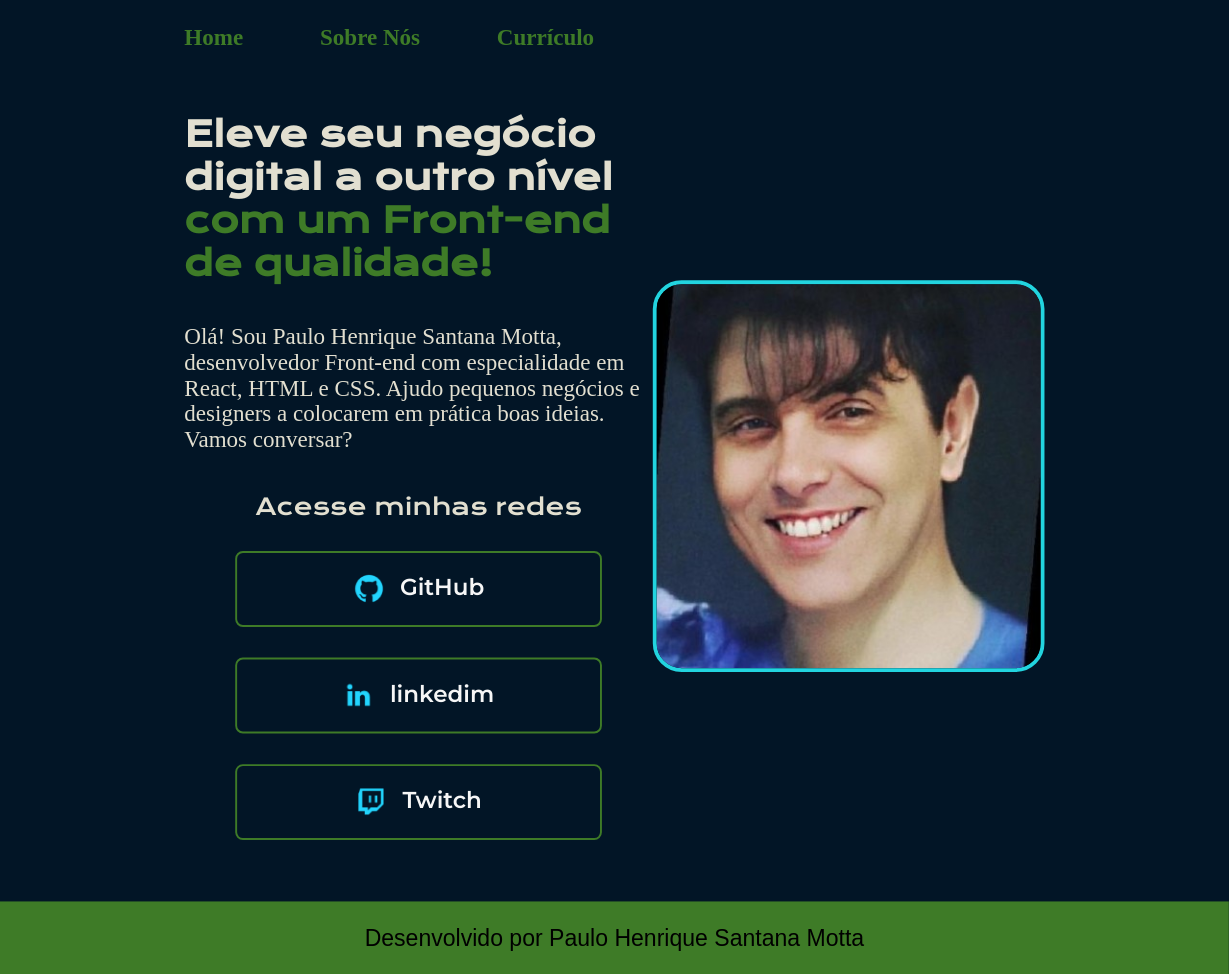
Repository: phsmottanerd/projeto-portfolio-alura
Page: index.html
These files come from the project's save history. The page is drawn as it stood at one moment and after the next save; the edit follows.
The browser window is 1280 px wide. The pictures show the whole page, at 96% of full size.

Above is the page before, as saved 2025-01-28 02:21:01.

### index.html
<!DOCTYPE html>
<html lang="pt-br">
  <head>
    <meta charset="UTF-8" />
    <meta http-equiv="X-UA-Compatible" content="IE=edge" />
    <meta name="viewport" content="width=device-width, initial-scale=1.0" />
    <title>Portifolio</title>
    <link rel="stylesheet" href="./estilos/style.css" />
  </head>

  <body>
    <header class="cabecalho">
      <nav class="cabecalho__menu">
        <a class="cabecalho__menu__link" href="index.html">Home</a>
        <a class="cabecalho__menu__link" href="about.html">Sobre Nós</a>
        <a class="cabecalho__menu__link">Currículo</a>
      </nav>
    </header>
    <main class="apresentacao">
      <section class="apresentacao__conteudo">
        <h1 class="apresentacao__conteudo__titulo">
          Eleve seu negócio digital a outro  nível
          <strong class="titulo-destaque"
            >com um Front-end de qualidade!
          </strong>
        </h1>
        <p class="apresentacao__conteudo__texto">
          Olá! Sou Paulo Henrique Santana Motta, desenvolvedor Front-end com especialidade em
          React, HTML e CSS. Ajudo pequenos negócios e designers a colocarem em
          prática boas ideias. Vamos conversar?
        </p>
        <div class="apresentacao__links">
          <h2 class="apresentacao__links__subtitulo">Acesse minhas redes</h2>
          <a
            class="apresentacao__links__link"
            href="https://github.com/phsmottanerd"
          >
            <img src="./img/github.png" />
            GitHub
          </a>
          <a
            class="apresentacao__links__link"
            href="https://linkedim.com/phsmottanerd"
          >
            <img src="./img/linkedin.png" />
            linkedim
          </a>
          <a class="apresentacao__links__link" href="https://.com/phsmottanerd">
            <img src="./img/twitch.png" />
            Twitch
          </a>
        </div>
      </section>
      <img class="img-foto" src="./img/1722867171561.jpg" alt="Paulo Henrique Santana Motta  programandor" />
    </main>
    <footer class="rodape">
      <p>Desenvolvido por Paulo Henrique Santana Motta</p>
    </footer>
  </body>
</html>

### estilos/style.css
@import url("https://fonts.googleapis.com/css2?family=Krona+One&family=Montserrat:wght@400;600&display=swap");

:root {
  --cor-primaria: #021526;
  --cor-secundaria: #E2DFD0;
  --cor-terciaria:#3E7B27;
  --cor-hover: #E3651D;

  --font-primaria: "Krona One", sans-serif;
   --font-secundaria:"Montserrat", sans-serif;


}

* {
  margin: 0;
  padding: 0;
}

body {
  box-sizing: border-box;
  background-color: var(--cor-primaria);
  color: var(--cor-secundaria);
}
.cabecalho {
  padding: 2% 0% 0% 15%;
}
.cabecalho__menu {
  display: flex;
  gap: 80px;
}

.cabecalho__menu__link {
  font-family: var(----font-secundaria);
  font-size: 24px;
  font-weight: 600;
  color: var(--cor-terciaria);
  text-decoration: none;
}

.titulo-destaque {
  color: var(--cor-terciaria);
}

.apresentacao {
  padding: 5% 15%;
  display: flex;
  align-items: center;
  justify-content: space-between;
}
.apresentacao__conteudo {
  width: 615px;
  display: flex;
  flex-direction: column;
  gap: 40px;
}

.apresentacao__conteudo__titulo {
  font-size: 36px;
  font-family: var(--font-primaria);
}

.apresentacao__conteudo__texto {
  font-size: 24px;
  font-family: var(----font-secundaria);
}

.apresentacao__links {
  display: flex;
  flex-direction: column;
  justify-content: space-between;
  align-items: center;
  gap: 32px;
}
.apresentacao__links__subtitulo {
  font-family: "Krona One", sans-serif;
  font-weight: 400;
  font-size: 24px;
}
.apresentacao__links__link {
  /* background-color: #22D4FD; */
  justify-content: center;
  gap: 16px;
  display: flex;
  border: 2px solid var(--cor-terciaria);
  width: 378px;
  text-align: center;
  border-radius: 8px;
  font-size: 24px;
  font-weight: 600;
  padding: 21.5px 0;
  text-decoration: none;
  color: #f6f6f6;
  font-family: "Montserrat", sans-serif;
}
.apresentacao__links__link:hover {
  background-color: var(--cor-hover);
}
.rodape {
  padding: 24px;
  color: #000;
  background-color: var(--cor-terciaria);
  text-align: center;
  font-family: "Montsearrat", sans-serif;
  font-size: 24px;
  font-weight: 400;
}
.img-foto {
  border-radius: 30px;
  border: 4px solid #22d4Df;
  width: 500px;
  heighit: 500px;
}

After the next save:
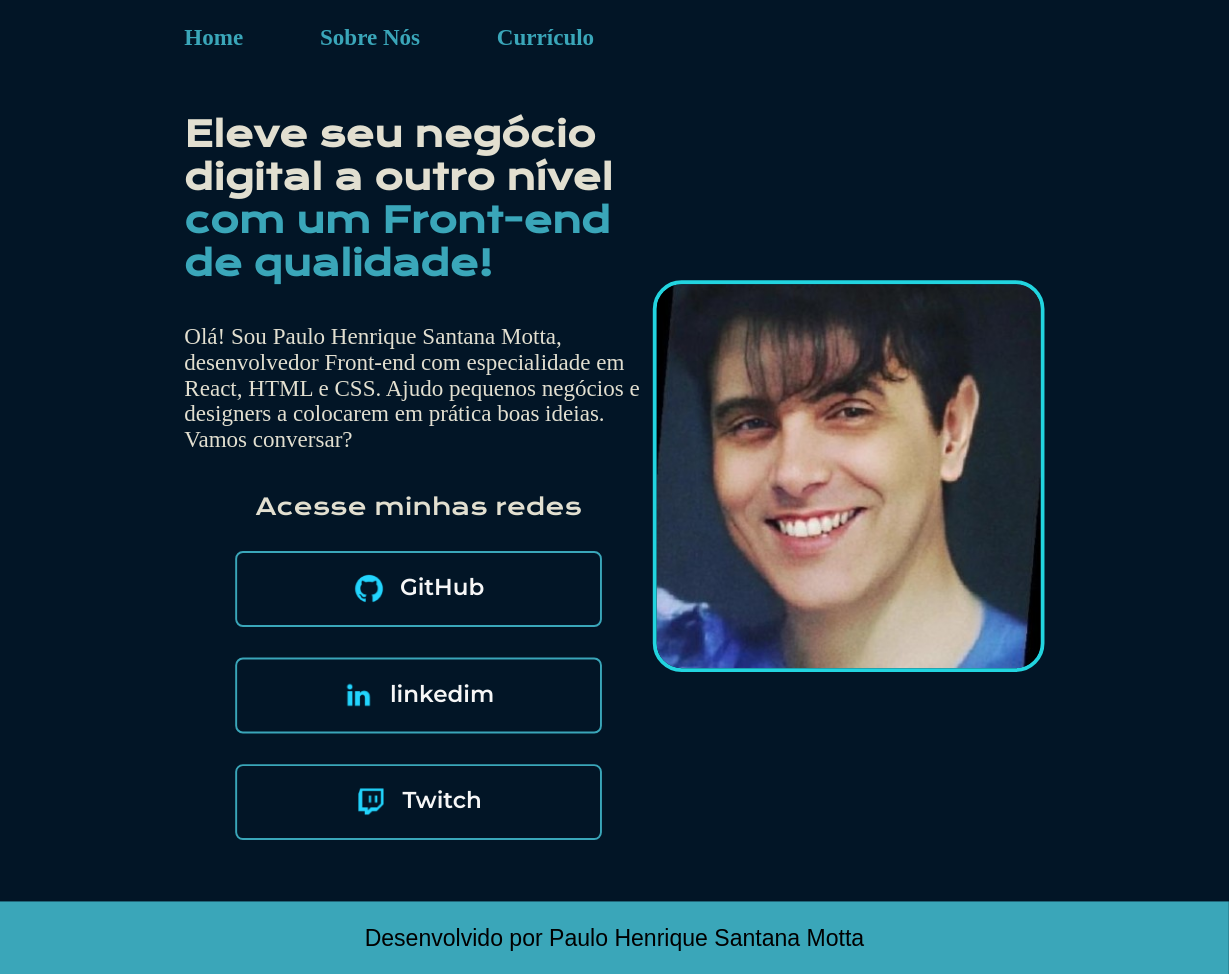
Saved 2 min 37 s later.
--- a/estilos/style.css
+++ b/estilos/style.css
@@ -3,7 +3,7 @@
 :root {
   --cor-primaria: #021526;
   --cor-secundaria: #E2DFD0;
-  --cor-terciaria:#3E7B27;
+  --cor-terciaria:#3AA6B9;
   --cor-hover: #E3651D;
 
   --font-primaria: "Krona One", sans-serif;
